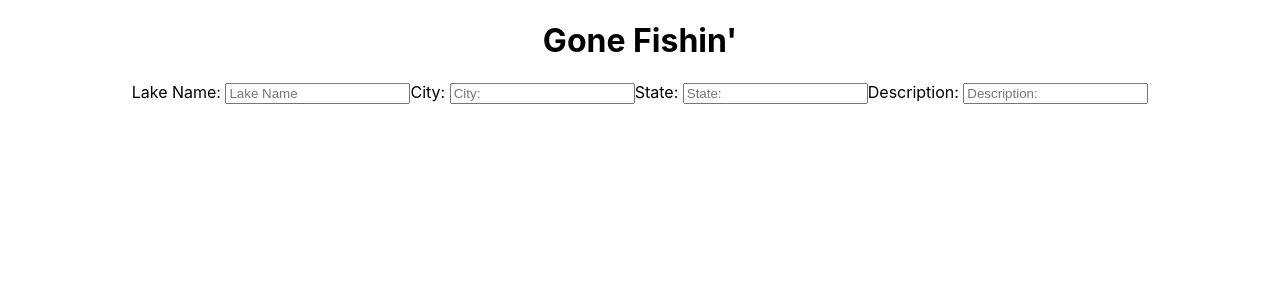
Repository: randysteele/gonefishin-frontend
Page: / (app in gone-fishin-frontend/)
These files come from the project's save history. The page is drawn as it stood at one moment and after the next save; the edit follows.
The browser window is 1280 px wide. The pictures show the whole page.
The page's requests for data from a server got no answer. The project was rebuilt for these pictures with package versions that can differ from the ones it lists, and the page was loaded fresh each time. No one was signed in, and anything a server would have sent is missing.

Above is the page before, as saved 2020-08-03 14:33:14.

### gone-fishin-frontend/public/index.html
<!DOCTYPE html>
<html lang="en">
  <head>
    <meta charset="utf-8" />
    <link rel="icon" href="%PUBLIC_URL%/favicon.ico" />
    <meta name="viewport" content="width=device-width, initial-scale=1" />
    <meta name="theme-color" content="#000000" />
    <meta
      name="description"
      content="Web site created using create-react-app"
    />
    <link rel="apple-touch-icon" href="%PUBLIC_URL%/logo192.png" />
    <!--
      manifest.json provides metadata used when your web app is installed on a
      user's mobile device or desktop. See https://developers.google.com/web/fundamentals/web-app-manifest/
    -->
    <link rel="manifest" href="%PUBLIC_URL%/manifest.json" />
    <!--
      Notice the use of %PUBLIC_URL% in the tags above.
      It will be replaced with the URL of the `public` folder during the build.
      Only files inside the `public` folder can be referenced from the HTML.

      Unlike "/favicon.ico" or "favicon.ico", "%PUBLIC_URL%/favicon.ico" will
      work correctly both with client-side routing and a non-root public URL.
      Learn how to configure a non-root public URL by running `npm run build`.
    -->
    <title>Gone Fishin</title>
  </head>
  <body>
    <noscript>You need to enable JavaScript to run this app.</noscript>
    <div id="root"></div>
    <!--
      This HTML file is a template.
      If you open it directly in the browser, you will see an empty page.

      You can add webfonts, meta tags, or analytics to this file.
      The build step will place the bundled scripts into the <body> tag.

      To begin the development, run `npm start` or `yarn start`.
      To create a production bundle, use `npm run build` or `yarn build`.
    -->
  </body>
</html>

### gone-fishin-frontend/src/index.js
import React from 'react';
import ReactDOM from 'react-dom';
import './index.css';
import App from './App';
import * as serviceWorker from './serviceWorker';
import { Provider } from 'react-redux';
import destination from './reducers/destinations'
import thunk from 'redux-thunk'
import { createStore, applyMiddleware, compose} from 'redux'


const composeEnhancer = window.__REDUX_DEVTOOLS_EXTENSION_COMPOSE__ || compose;

const store = createStore(destination, composeEnhancer(applyMiddleware(thunk)))

ReactDOM.render(
<Provider store={store}>
<App />
</Provider>,
document.getElementById('root')
);

// If you want your app to work offline and load faster, you can change
// unregister() to register() below. Note this comes with some pitfalls.
// Learn more about service workers: https://bit.ly/CRA-PWA
serviceWorker.unregister();

### gone-fishin-frontend/src/App.js
import React from 'react';
import './App.css';
// import {connect} from 'react-redux'
import DestinationsContainer from './containers/DestinationsContainer'
// import DestinationsInput from './components/DestinationsInput';
// import DestinationsList from './components/DestinationsList';
//import {fetchDestinations} from './actions/fetchDestinations'



class App extends React.Component {


  render(){
    return(
      <div className="App" >
        <h1>Gone Fishin'</h1>
      <DestinationsContainer />



      </div>
    )
  }
}

export default (App)

### gone-fishin-frontend/src/reducers/destinations.js

export default function destinations(state = {destinations: []}, action) {

    switch(action.type){
    case 'FETCH_DESTINATIONS':
    return {destinations: action.payload}

    default:
    return state
    }
}

### gone-fishin-frontend/src/containers/DestinationsContainer.js
// a container should render other components and pass them data if needed
// they are typically class components
import React from 'react'
import {connect} from 'react-redux'
import {fetchDestinations} from '../actions/fetchDestinations'
import DestinationsList from  '../components/DestinationsList'
import DestinationsInput from '../components/DestinationsInput'



class DestinationsContainer extends React.Component {


    componentDidMount(){
      this.props.fetchDestinations()
    }

    render(){
      return (
        <div>
            <DestinationsInput />
            <DestinationsList destinations={this.props.destinations}/>
        </div>
      )
     }
    }
const mapStateToProps = state => {
    return {
        destinations: state.destinations
    }
}
export default connect(mapStateToProps, {fetchDestinations})(DestinationsContainer);

### gone-fishin-frontend/src/actions/fetchDestinations.js


export function fetchDestinations() {
  return (dispatch) => {
   fetch("http://localhost:3000/api/v1/destinations/")
    .then(response => response.json())
    .then(destinations => dispatch({
      type: 'FETCH_DESTINATIONS',
       payload: destinations
    }))
  }
}

### gone-fishin-frontend/src/components/DestinationsList.js
import React from 'react'
// import DestinationsContainer from '../containers/DestinationsList'



const DestinationsList = (props) => {

    return (
        <div>
            {props.destinations.map(dest => <h5><li  key={dest.id}> Lake Name:{dest.name} <br></br> City: {dest.city} <br></br> State: {dest.state} <br></br> Description: {dest.description}</li></h5>)}
        </div>
    )
}

export default DestinationsList

### gone-fishin-frontend/src/components/DestinationsInput.js
import React from 'react'
import {connect} from 'react-redux'


class DestinationsInput extends React.Component {

    state = {name: '', city: '', state: '', description: ''}

    render() {
        return (
            <div>
                <form >
                <label>Lake Name: </label>
                <input type="text" placeholder="Lake Name" value={this.state.name}></input>
                <label>City: </label>
                <input type="text" placeholder="City: "value={this.state.city}></input>
                <label>State: </label>
                <input type="text" placeholder="State: "value={this.state.state}></input>
                <label>Description: </label>
                <input type="text" placeholder="Description: "value={this.state.description}>
                </input>
                </form>
            </div>


// t.string "name"
// t.string "city"
// t.string "state"
// t.string "description"

        )
    }
}

export default connect()(DestinationsInput)

Loaded but not shown: gone-fishin-frontend/src/index.css (common file); gone-fishin-frontend/src/serviceWorker.js (common file); gone-fishin-frontend/src/App.css (common file)

After the next save:
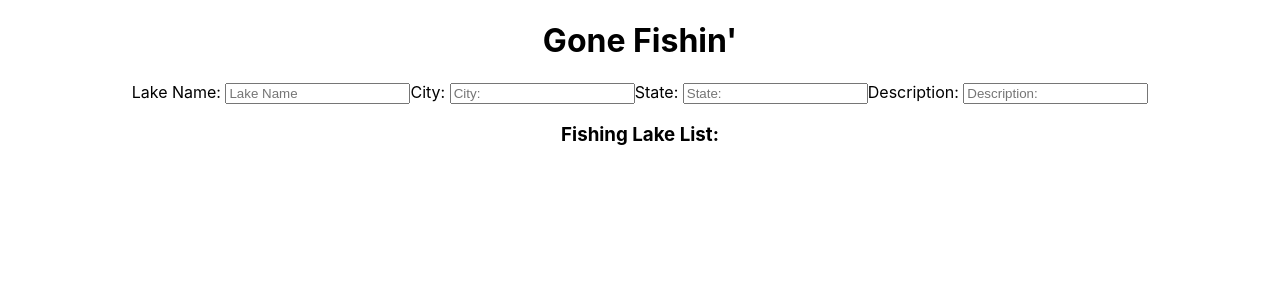
Saved 38 s later.
--- a/gone-fishin-frontend/src/components/DestinationsList.js
+++ b/gone-fishin-frontend/src/components/DestinationsList.js
@@ -7,7 +7,7 @@ const DestinationsList = (props) => {
 
     return (
         <div>
-            {props.destinations.map(dest => <h5><li  key={dest.id}> Lake Name:{dest.name} <br></br> City: {dest.city} <br></br> State: {dest.state} <br></br> Description: {dest.description}</li></h5>)}
+       <h3>Fishing Lake List: </h3>{props.destinations.map(dest => <h5><li  key={dest.id}> Lake Name:{dest.name} <br></br> City: {dest.city} <br></br> State: {dest.state} <br></br> Description: {dest.description}</li></h5>)}
         </div>
     )
 }
